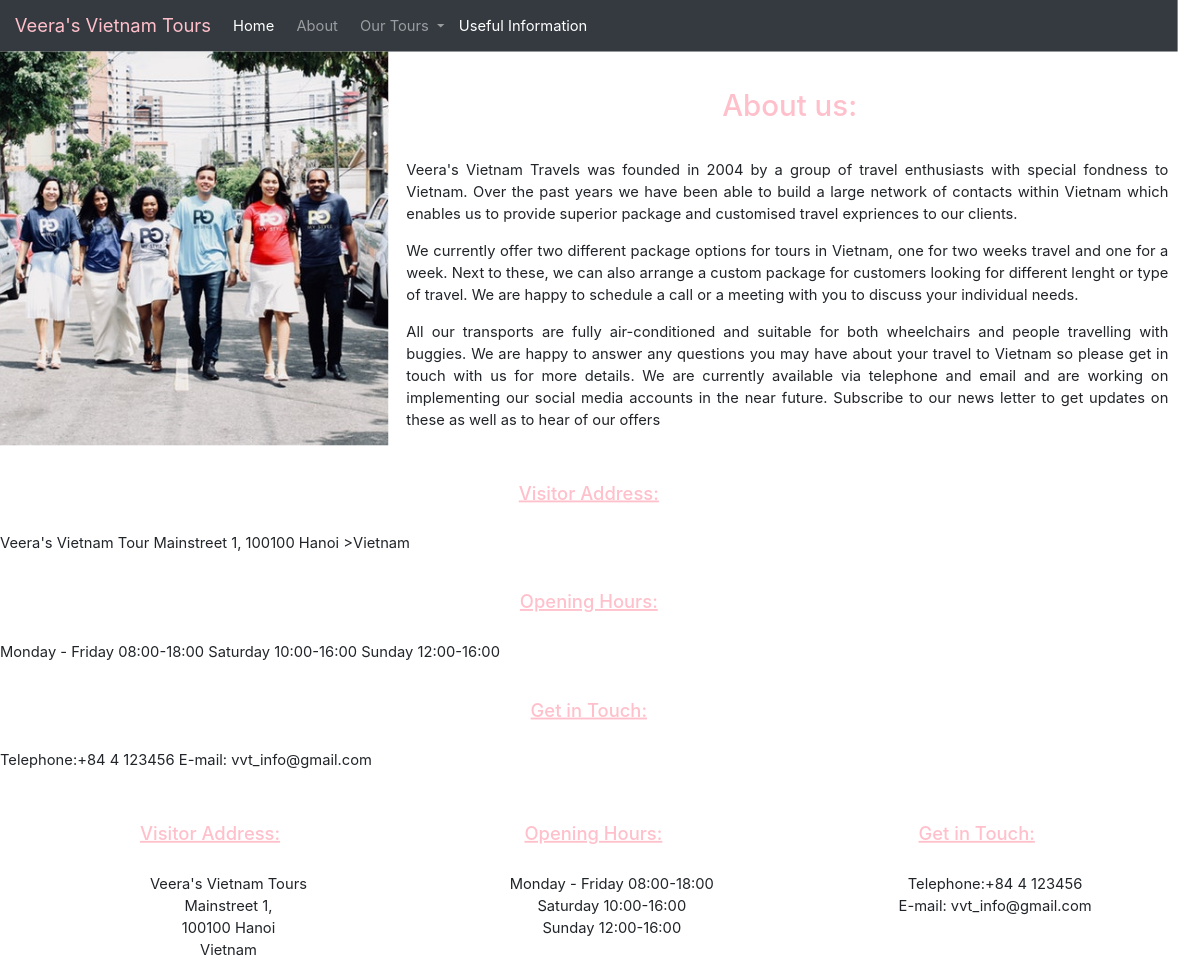
Repository: VAhola/VietnamTour
Page: about.html
The author's editor kept a record of every edit. The page is drawn from the files as they stood at one moment, then again after the next edit.
The browser window is 1280 px wide. The page is 1295 px wide, so the pictures cover 1295 px, including what lies to the right of the window. The pictures show the whole page, at 92% of full size.

Above is the page before.

### about.html
<!DOCTYPE html>
<html lang="en">
<head>
    <meta charset="UTF-8">
    <meta name="viewport" content="width=device-width, initial-scale=1.0">
    <meta http-equiv="X-UA-Compatible" content="ie=edge">
    <link rel="stylesheet" href="https://stackpath.bootstrapcdn.com/bootstrap/4.3.1/css/bootstrap.min.css" type="text/css" />
    <link rel="stylesheet" href="https://stackpath.bootstrapcdn.com/font-awesome/4.7.0/css/font-awesome.min.css" type="text/css" />
    <link rel="stylesheet" href="style.css" type="text/css"/>
    <title>Vietnam Project</title>
</head>
<body>

<!--Nav-->

    <nav class="navbar navbar-dark navbar-expand-sm bg-dark container-fluid">
        <a href="/" class="navbar-brand title">
                    Veera's Vietnam Tours</a>

     <button class="navbar-toggler ml-auto" type="button" data-toggle="collapse" data-target="#navbarNavDropdown" aria-controls="navbarNavDropdown" aria-expanded="false" aria-label="Toggle navigation">
        <span class="navbar-toggler-icon"></span></button>

      <div class="collapse navbar-collapse" id="navbarNavDropdown">
            <ul class="navbar-nav mr-auto">
                <li class="active nav-item mr-2"><a class="nav-link" href="index.html">Home</a></li>
                <li class="nav-item mr-2"><a class="nav-link" href="about.html">About</a></li>
                <li class="nav-item dropdown">
                    <a class="nav-link dropdown-toggle" href="#" id="navbarDropdownMenuLink" role="button" data-toggle="dropdown" aria-haspopup="true" aria-expanded="false">
          Our Tours
        </a>
                    <div class="dropdown-menu" aria-labelledby="navbarDropdownMenuLink">
                        <a class="dropdown-item" href="16d.html">16 Day Complete Vietnam</a>
                        <a class="dropdown-item" href="8d.html">8 Days Vietnam at glance</a>
                        <a class="dropdown-item" href="#">Customised Tours</a>
                    </div>
                </li>
                <li class="active nav-item mr-2"><a class="nav-link" href="Info.html">Useful Information</a></li>
            </ul>
            </div>
        </nav>
<!-- /.nav -->

        <div class="row .container-fluid">
            <a class="col-md-4 logo" href="index.html"></a>
            <div class="col-md-8">
        <h2>About us:</h2>

<section class="about_us">
<p>Veera's Vietnam Travels was founded in 2004 by  a group of travel enthusiasts with special fondness to Vietnam. Over the past years we have been able to build a large network of contacts within Vietnam which enables us to provide superior package and customised travel expriences to our clients.</p>

<p>We currently offer two different package options for tours in Vietnam, one for two weeks travel and one for a week. Next to these, we can also arrange a custom package for customers looking for different lenght or type of travel.
We are happy to schedule a call or a meeting with you to discuss your individual needs.</p>

<p>All our transports are fully air-conditioned and suitable for both wheelchairs and people travelling with buggies.

We are happy to answer any questions you may have about your travel to Vietnam so please get in touch with us for more details. We are currently available via telephone and email and are working on implementing our social media accounts in the near future.

Subscribe to our news letter to get updates on these as well as to hear of our offers
</p>

</section>
</div>
</div>

<div class="contact_det">
<figure class="gallery_item">

        <h5>Visitor Address:</h5>

        Veera's Vietnam Tour
        Mainstreet 1,
        100100 Hanoi
        >Vietnam

</figure>
<figure class="gallery__item">
         <h5>Opening Hours:</h5>

            Monday - Friday 08:00-18:00
            Saturday 10:00-16:00
            Sunday  12:00-16:00

</figure>
<figure class="gallery__item">
         <h5>Get in Touch:</h5>

            Telephone:+84 4 123456
            E-mail: vvt_info@gmail.com

    </figure>


<div class="row contacts">
    <div class="col-md-4">
        <h5>Visitor Address:</h5>
        <ul>
        <li>Veera's Vietnam Tours</li>
        <li>Mainstreet 1, </li>
        <li>100100 Hanoi </li>
        <li>Vietnam </li>
        </ul>
    </div>
    <div class="col-md-4">
        <h5>Opening Hours:</h5>
        <ul>
            <li>Monday - Friday 08:00-18:00</li>
            <li>Saturday 10:00-16:00</li>
            <li>Sunday  12:00-16:00</li>
        </ul>
    </div>
    <div class="col-md-4">
        <h5>Get in Touch:</h5>
        <ul>
            <li>Telephone:+84 4 123456</li>
            <li>E-mail: vvt_info@gmail.com</li>
        </ul>
    </div>

</div>

<footer class="container-fluid">

</footer>

    <script src="https://code.jquery.com/jquery-3.3.1.slim.min.js" integrity="sha384-q8i/X+965DzO0rT7abK41JStQIAqVgRVzpbzo5smXKp4YfRvH+8abtTE1Pi6jizo" crossorigin="anonymous"></script>
    <script src="https://cdnjs.cloudflare.com/ajax/libs/popper.js/1.14.3/umd/popper.min.js" integrity="sha384-ZMP7rVo3mIykV+2+9J3UJ46jBk0WLaUAdn689aCwoqbBJiSnjAK/l8WvCWPIPm49" crossorigin="anonymous"></script>
    <script src="https://stackpath.bootstrapcdn.com/bootstrap/4.1.3/js/bootstrap.min.js" integrity="sha384-ChfqqxuZUCnJSK3+MXmPNIyE6ZbWh2IMqE241rYiqJxyMiZ6OW/JmZQ5stwEULTy" crossorigin="anonymous"></script>

</body>
</html>

### style.css
html {
    border: none;
}

/*------------- Styling the header -----------*/

.header {
    background-color: #4F4F4F;
    background-position: center;
    text-align: center;
    background-size: cover;
    color: #fafafa;
    margin:0;
    padding-bottom: 10px;
    padding-top: 10px;


}

.button {
    color: white;
}


.navbar-dark .navbar-brand {
    color: pink;

}

.dropdown-menu {
    background-color: #4F4F4F;
}

.dropdown-item {
    color: #b9bec3;
}

.wrapper {
}
a {
    color:#fafafa;
}

.section1 {
    background-size: unset;
    text-align: center;
    background-image: url(Assets/pictures/bamboo-boat-clouds-cloudscape-2132098.jpg);
    background-repeat: no-repeat;
    min-height: 350px;
    color: black;
    padding: 20px 10px;
    background-position-y: bottom;
    background-position-x: center;
    background-color: darkgray;
}

.intro {
    background-color: pink;
    padding-top:10px;
    padding-bottom:10px;
}
h1, h2, h3{
    color: PINK;
    text-align: center;
    padding-bottom:30px;
    padding-top: 40px;
}

h5 {
    color: pink;
    text-align: center;
    margin-top: 40px;
    margin-bottom: 30px;
    text-decoration: underline
}

.logo {
    background: url("Assets/pictures/adults-buildings-cars-1701001.jpg");
    background-position: center;
    background-repeat: no-repeat;
    background-size: cover;
    min-height: 280px;
    max-width: 98%
    transition: all .5s ease-in-out;
    -moz-transition: all .5s ease-in-out;
    -webkit-transition: all .5s ease-in-out;
}

li {
    list-style: none;
    text-align: center
}

.tours {
    color:darkgray;
    text-align:center;
    margin-bottom:30px;
}

.about_us {
    text-align: justify;
    margin-left: 5px;
    margin-right: 10px;
}

.contacts {
    margin-left: 20px;
    margin-right: 10px;
}

.man {
    background-image: url(Assets/pictures/hanoi-man-market-1004123.jpg);

}

.towel {
 text-align:center;
 padding-left:15px;
 padding-right:15px;
 background-color: yellow;
}

.internary16 {
    text-align: left;
    margin: 10px 20px;
    align-content: center;
    text-align: justify;
}

.right {
    height:200px;
    word-break: break-word;
    float:right;
    margin: 5px;
}

.left {
    height:200px;
    word-break: break-word;
    float:left;
    margin: 5px;
}

article {
    margin: 5px;
}

img.iten_right {
    border: 1px solid #ddd;
    border-radius: 4px;
    padding: 5px;
    width: 300px;
    margin-left: 10px;
}

img.iten_left {
    border: 1px solid #ddd;
    border-radius: 4px;
    padding: 5px;
    width: 300px;
    margin-right: 10px;
}

img.map_right {
    border: 1px solid #ddd;
    border-radius: 4px;
    width: 130px;
    margin-left: 10px;
}




banner2 {
    display: inline-block;
}

.bggray {
    background-color: #f4f3f3;
    padding-bottom: 10px;
}

.section2 {
    background-size: unset;
    text-align: center;
    background-image: url(Assets/pictures/chaly-pavement-road-2044867.jpg);
    background-repeat: no-repeat;
    min-height: 350px;
    color: black;
    padding: 20px 10px;
    background-position-y: bottom;
    background-position-x: center;
    background-color: darkgray;
}

.dest {
    margin-left: 10px;
    margin-right: 10px;
}

.desth {
    margin-left: 10px;
    margin-right: 10px;
    text-align:center;
}

.ready {
    background-clip: white;
    margin-left: 10px;
    margin-right: 10px;
}

.grid-container-new {
  display: grid;
  justify-content: space-evenly;
  grid-template-columns: 25% 25% 25%; /*Make the grid smaller than the container*/
  grid-gap: 5px;
  padding: 10px;
}

.grid-container {
  display: grid;
  justify-content: space-evenly;
  grid-template-columns: 80% 20%; /*Make the grid smaller than the container*/
  grid-gap: 5px;
  padding: 10px;
}

.grid-item {
  background-color: rgba(255, 255, 255, 0.8);
  border: 1px solid rgba(0, 0, 0, 0.8);
  padding: 20px;
  font-size: 30px;
  text-align: center;
}

.gallery {
    display: grid;
    grid-template-columns: repeat(4, 1fr);
    grid-gap: 10px;
    margin-left: 5px;
    margin-right: 5px;
    padding-top:5px;
}

.gallery__img {
    width: 100%;
    height: 100%;
    object-fit: cover;
}

.header5 {
    color: pink;
    text-decoration: underline;
}

/* media queries */

@media (max-width:767px) {
    body {
    font-size:small;
    }
    .review{
    text-align:center;
    padding:20px 10px;
    margin-bottom:40px;
    display:inline;
    font-size:small;
    }

.contact_det{
    display: grid;
    grid-template-columns: repeat(3, 1fr);
    grid-gap: 10px;
    margin-left: 5px;
    margin-right: 5px;
    padding-top:5px;


}

@media (min-width: 768px) and (max-width: 991px) {
    .review {
    text-align:center;
    padding:20px 10px;
    margin-bottom:40px;
    display:flex;
    font-size:small;
    }
}

@media (min-width: 992px) and (max-width: 1800px) {
    .review{
    text-align:center;
    padding:20px 10px;
    margin-bottom:40px;
    display:inline-flex;
    }
}

After the next edit:
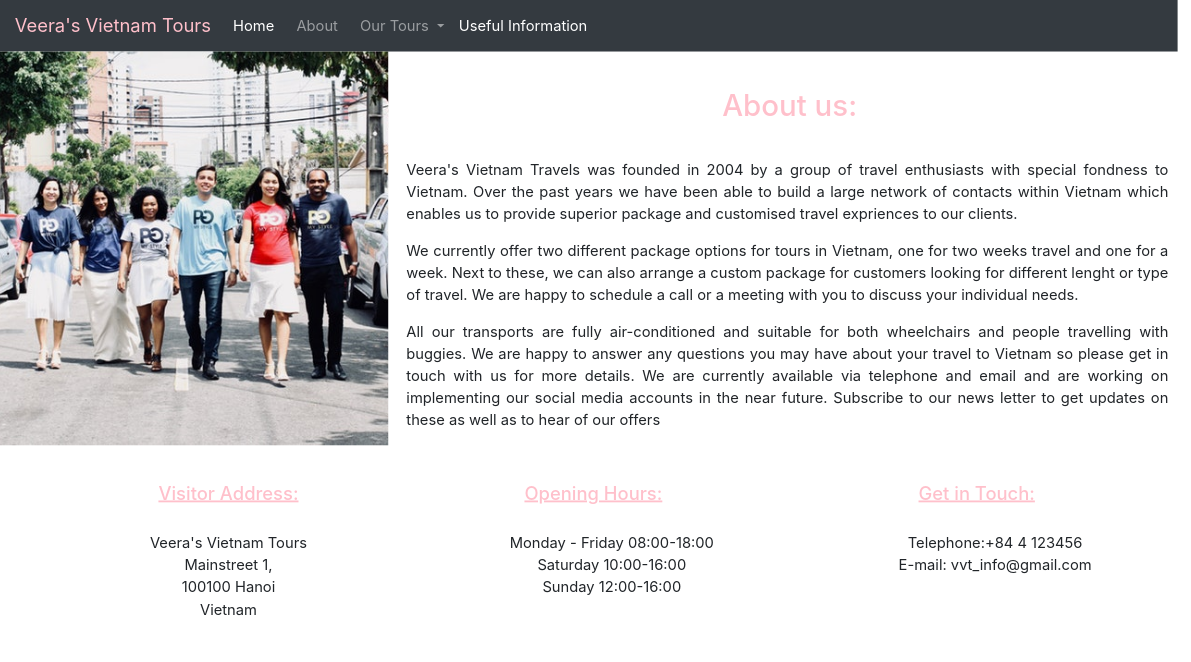
The edit:
--- a/about.html
+++ b/about.html
@@ -62,38 +62,12 @@
 </div>
 </div>
 
-<div class="contact_det">
-<figure class="gallery_item">
-
-        <h5>Visitor Address:</h5>
-
-        Veera's Vietnam Tour
-        Mainstreet 1,
-        100100 Hanoi
-        >Vietnam
-
-</figure>
-<figure class="gallery__item">
-         <h5>Opening Hours:</h5>
-
-            Monday - Friday 08:00-18:00
-            Saturday 10:00-16:00
-            Sunday  12:00-16:00
-
-</figure>
-<figure class="gallery__item">
-         <h5>Get in Touch:</h5>
-
-            Telephone:+84 4 123456
-            E-mail: vvt_info@gmail.com
-
-    </figure>
 
 
 <div class="row contacts">
     <div class="col-md-4">
+        <ul>
         <h5>Visitor Address:</h5>
-        <ul>
         <li>Veera's Vietnam Tours</li>
         <li>Mainstreet 1, </li>
         <li>100100 Hanoi </li>
